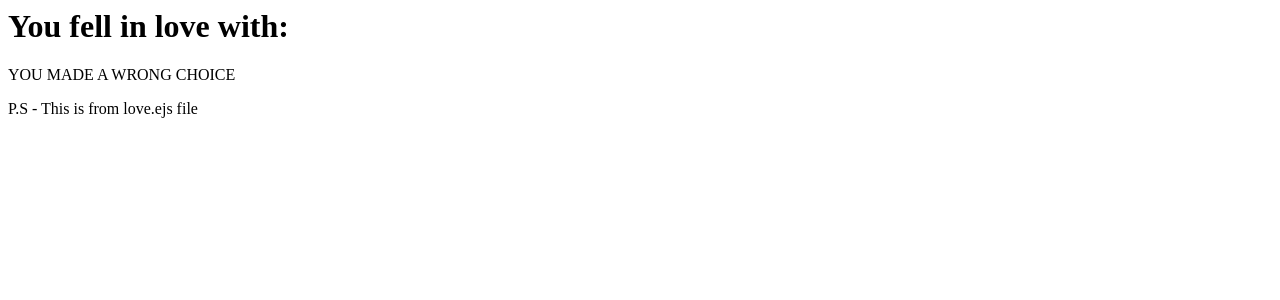
Repository: manojsatya/Web_development
Page: views/love.ejs
The author's editor kept a copy of each file at every save. The page is drawn from the files as they stood at one save, then again after the next save.
The browser window is 1280 px wide. The pictures show the whole page.
The page is served by the project's Node server (app.js). The template is opened directly, without the code that normally fills it, so the values that code supplies are empty.

Above is the page before, as saved 2019-06-12 16:51:18.

### bootcamp/EJSDemo/views/love.ejs
<h1>You fell in love with: <%= thingVar.toUpperCase() %> </h1>

<% if(thingVar.toLowerCase() === "rusty"){%>
    <p>GOOD CHOICE!! RUSTY IS THE BEST</p>
<% }else{ %>
    <p>YOU MADE A WRONG CHOICE</p>
<% } %>

<p>P.S - This is from love.ejs file</p>

### bootcamp/EJSDemo/app.js
var express = require("express");
var app = express();

app.get("/", function(req, res){
    res.render("home.ejs");
});

app.get("/fallinlovewith/:thing", function(req, res){
    var thing = req.params.thing;
    res.render("love.ejs", {thingVar: thing});
});

app.get("/posts", function(req, res){
    var posts = [
        {title : "Post 1", author: "Manoj"},
        {title : "Post 2", author: "Manu"},
        {title : "Post 3", author: "Manojsatya"}
    ]
    res.render("posts.ejs", {posts : posts});
});

app.listen(3000, function(){
    console.log("Server is running");
});

After the next save:
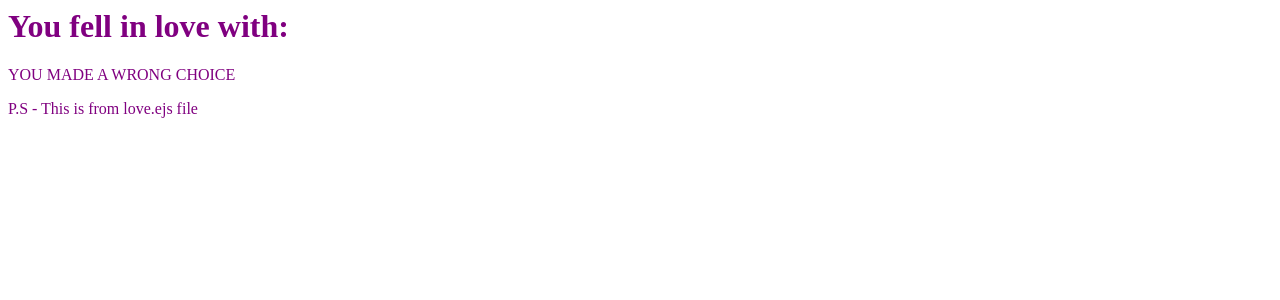
Saved 22 s later.
--- a/bootcamp/EJSDemo/views/love.ejs
+++ b/bootcamp/EJSDemo/views/love.ejs
@@ -1,3 +1,9 @@
+<style>
+    body{
+        color: purple;
+    }
+</style>
+
 <h1>You fell in love with: <%= thingVar.toUpperCase() %> </h1>
 
 <% if(thingVar.toLowerCase() === "rusty"){%>
